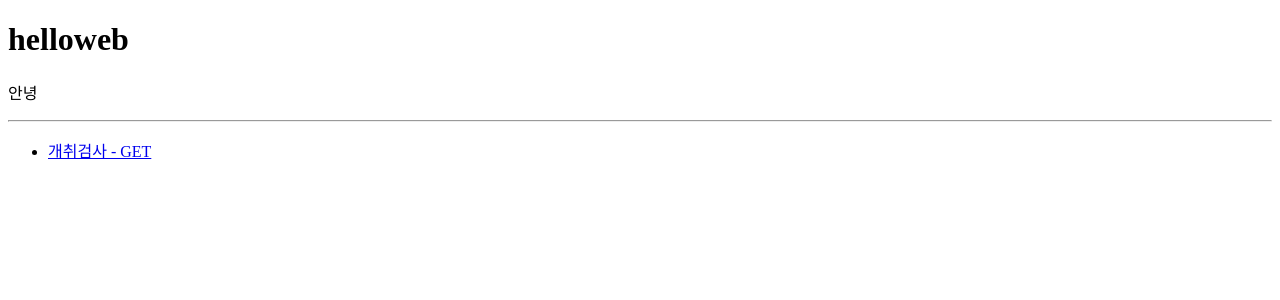
Repository: jsungl/WEBSERVER-WORKSPACE
Page: 01_helloweb/WebContent/index.html
These files come from the project's save history. The page is drawn as it stood at one moment and after the next save; the edit follows.
The browser window is 1280 px wide. The pictures show the whole page.

Above is the page before, as saved 2021-03-22 11:48:59.

After the next save:
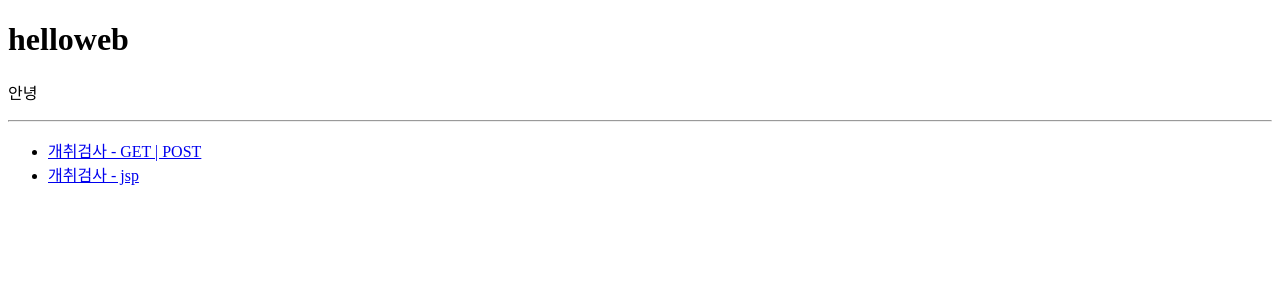
Saved 15 min 7 s later.
--- a/01_helloweb/WebContent/index.html
+++ b/01_helloweb/WebContent/index.html
@@ -12,7 +12,8 @@
 	<ul>
 		<!-- browser(client) 절대주소 작성시, 반드시 context path부터 작성할것. localhost:9090가 자동으로 작성되고 그 이후를 찾게된다-->
 		<!-- context path이후의 경로를 WebContent폴더에서 찾게된다 -->
-		<li><a href="/web/servlet/testPerson1.html">개취검사 - GET</a></li>
+		<li><a href="/web/servlet/testPerson1.html">개취검사 - GET | POST</a></li>
+		<li><a href="/web/servlet/testPerson2.html">개취검사 - jsp</a></li>
 	</ul>
 </body>
 </html>
